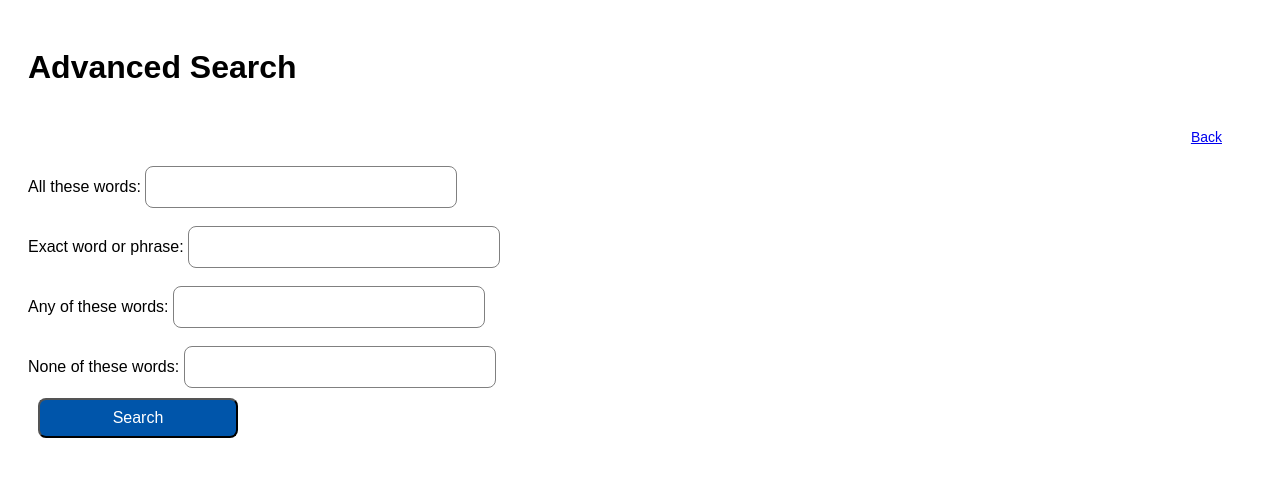
Repository: lyutok/cs50-search-project
Page: advanced.html
These files come from the project's save history. The page is drawn as it stood at one moment and after the next save; the edit follows.
The browser window is 1280 px wide. The pictures show the whole page.
The style sheet was rebuilt from its Sass, Less or Tailwind sources for each picture, by a compiler version that may differ from the author's.

Above is the page before, as saved 2025-07-07 13:47:22.

### advanced.html
<!DOCTYPE html>
<html lang="en">
<head>
    <meta name="viewport" content="width=device-width, initial-scale=1.0" charset="UTF-8">
    <title>Advanced Search</title>
    <link rel="stylesheet" href="styles.css">
    </head>
<body id="advanced_page">
    <h1>Advanced Search</h1>
    <div>
        <a href="google.html">Back</a>
    </div>
    <form action="https://www.google.com/search">
        <label for="all-words">All these words:</label>
        <input type="text" id="all-words" name="as_q">
        <br><br>
        <label for="exact-word">Exact word or phrase:</label>
        <input type="text" id="exact-word" name="as_epq">
        <br><br>
        <label for="any-word">Any of these words:</label>
        <input type="text" id="any-word" name="as_oq">
        <br><br>
        <label for="none-words">None of these words:</label>
        <input type="text" id="none-words" name="as_eq">

        <br>
        <button id="advanced" type="submit">Search</button>
    </form>
</body>
</html>

### styles.scss
$color: rgb(48, 177, 106);

a {
    font-size: 14px;
    padding: 10px;
}

body {
    font-family: Arial, sans-serif;
    padding: 20px;
    text-align: center;

    div {
        text-align: right;
        padding: 20px;
    }
}

input {
    width: 300px;
    height: 30px;
    border-radius: 8px;
    border: 1px solid grey;
    padding: 5px;
    font-size: 16px;
}

button {
    margin: 10px;
    border-radius: 8px;
    background-color: rgb(45, 128, 0);
    font-size: 16px;
    color: white;
    height: 40px;
    width: 100px;
}

#advanced {
  background-color: rgb(0, 85, 170);
  width: 200px;
}

button:hover {
                background-color: rgb(192, 196, 186);
            }

#advanced_page {
    text-align: left;
}

After the next save:
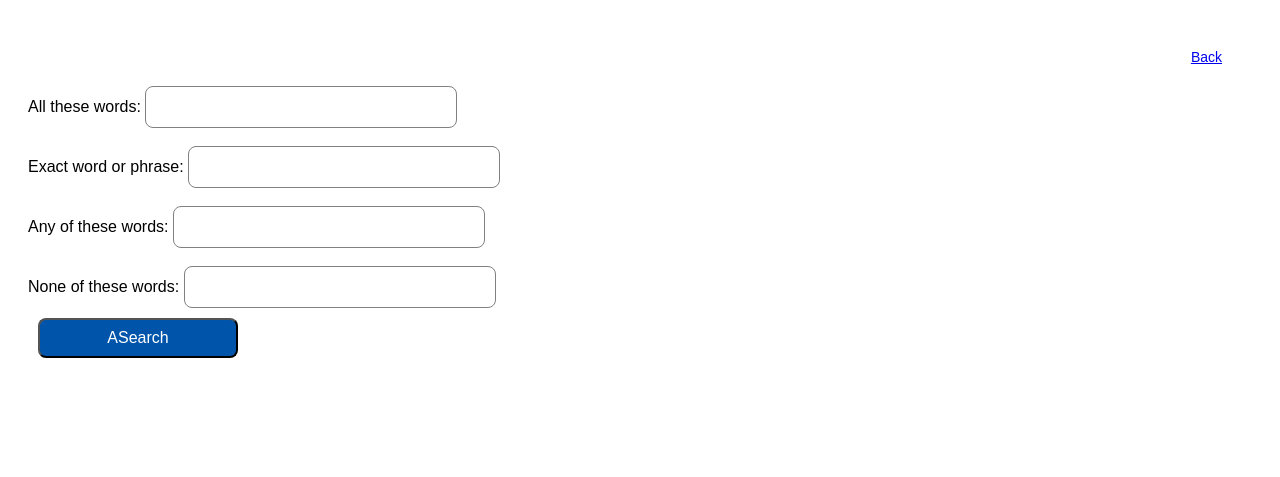
Saved 37 s later.
--- a/advanced.html
+++ b/advanced.html
@@ -6,7 +6,6 @@
     <link rel="stylesheet" href="styles.css">
     </head>
 <body id="advanced_page">
-    <h1>Advanced Search</h1>
     <div>
         <a href="google.html">Back</a>
     </div>
@@ -24,7 +23,7 @@
         <input type="text" id="none-words" name="as_eq">
 
         <br>
-        <button id="advanced" type="submit">Search</button>
+        <button id="advanced" type="submit">ASearch</button>
     </form>
 </body>
 </html>
